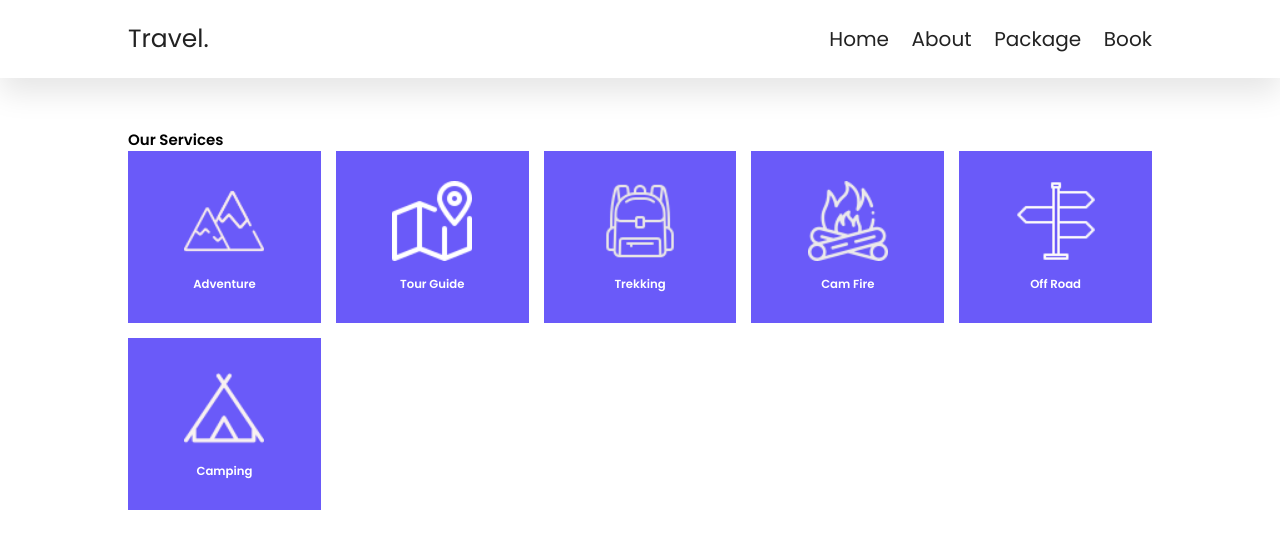
Repository: CTCuong/Traveloka-Web
Page: assets/home.html
The author's editor kept a copy of each file at every save. The page is drawn from the files as they stood at one save, then again after the next save.
The browser window is 1280 px wide. The pictures show the part of the page from y = 0 to 540 px (the page is 1206 px tall before and 1186 px after).
Pictures or frames that could not be fetched are drawn as grey boxes. Backgrounds fixed to the window are drawn as part of the page.

Above is the page before, as saved 2023-07-03 21:18:12.

After the next save:
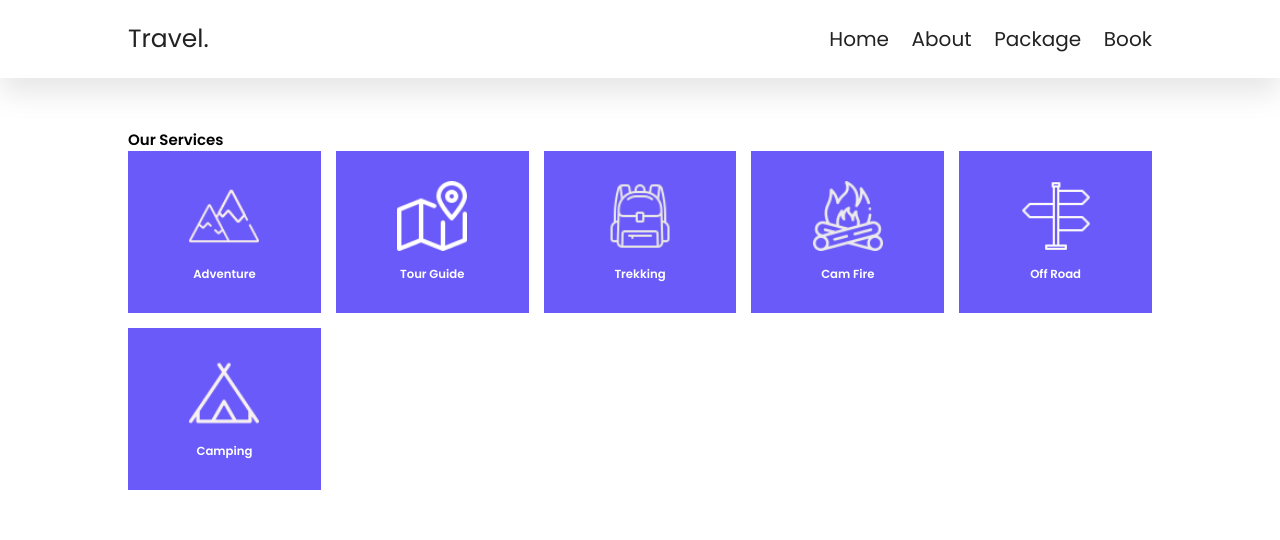
Saved 3 min 14 s later.
--- a/assets/css/style.css
+++ b/assets/css/style.css
@@ -97,8 +97,10 @@ section {
 }
 
 .services .box-container .box img {
-    height: 8rem;
-}
+    height: 7rem;
+}
+
+
 
 
 
